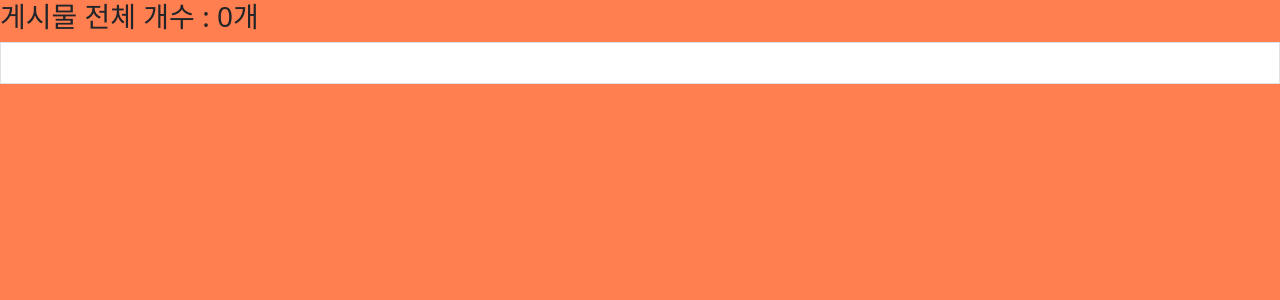
Repository: Hugh-KR/JSP_Project
Page: http://localhost/JSP_Project/product_all.jsp
The author's editor kept a copy of each file at every save. The page is drawn from the files as they stood at one save, then again after the next save.
The browser window is 1280 px wide. The pictures show the whole page.
The page is served by Tomcat 9. Queries for data that is not in the repository find no rows.

Above is the page before, as saved 2022-11-08 06:59:24.

After the next save:
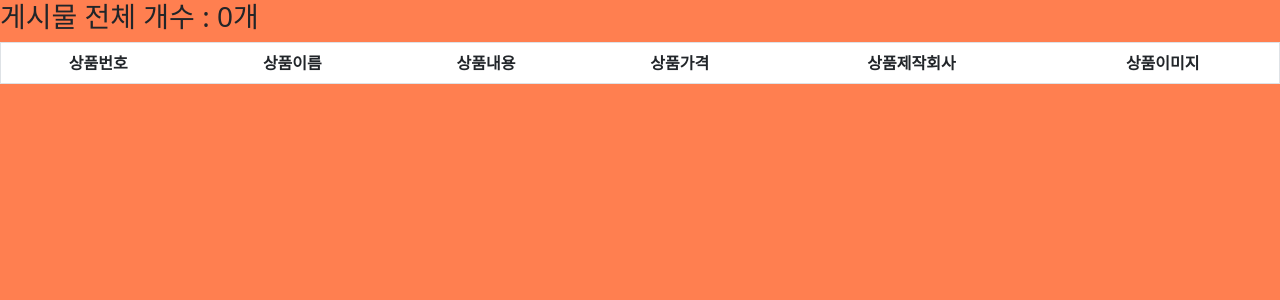
Saved 19 s later.
--- a/JSP_Project/src/main/webapp/product_all.jsp
+++ b/JSP_Project/src/main/webapp/product_all.jsp
@@ -26,9 +26,6 @@ text-align: center;
 }
 tr:nth-child(even){
 background-color: #f2f2f2
-}
-th {
-  color: white;
 }
 </style>
 </head>
